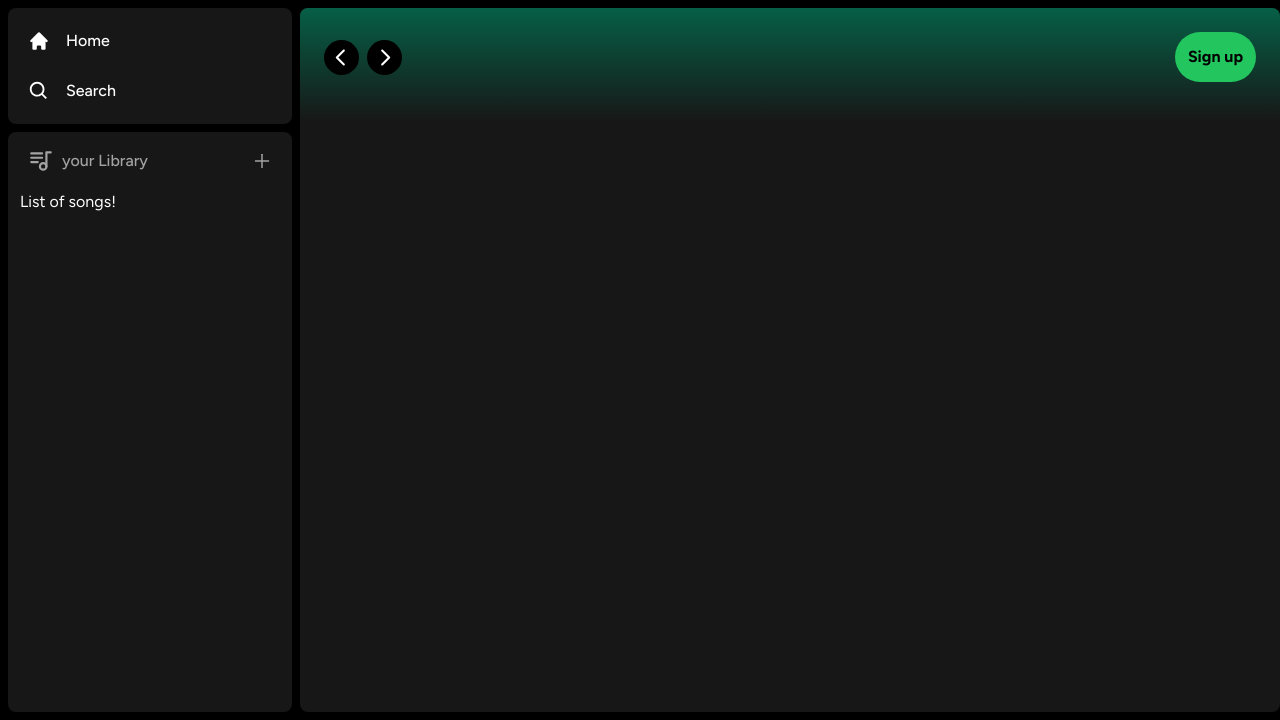
Repository: kjh4357/clone-spotify
Page: /
These files come from the project's save history. The page is drawn as it stood at one moment and after the next save; the edit follows.
The browser window is 1280 px wide. The pictures show the whole page.
The project was rebuilt for these pictures with package versions that can differ from the ones it lists, and the page was loaded fresh each time. The framework's server and built-in components were replaced by stand-ins that run in the browser. Also part of the build but not shown: next.config.mjs.

Above is the page before, as saved 2024-09-25 17:37:33.

### src/app/layout.tsx
import type { Metadata } from 'next';
import { Figtree } from 'next/font/google';
import './globals.css';
import Sidebar from '@/components/Sidebar';

const font = Figtree({ subsets: ['latin'] });

export const metadata: Metadata = {
  title: 'Spotify Clone',
  description: 'Listen to your favorite music',
};

export default function RootLayout({
  children,
}: Readonly<{
  children: React.ReactNode;
}>) {
  return (
    <html lang='en'>
      <body className={font.className}>
        <Sidebar>{children}</Sidebar>
      </body>
    </html>
  );
}

### src/app/(site)/page.tsx
import Header from '@/components/Header';

export default function Home() {
  return (
    <div className='bg-neutral-900 rounded-lg h-full w-full overflow-hidden overflow-y-auto'>
      <Header>Header</Header>
    </div>
  );
}

### src/components/Sidebar.tsx
'use client';

import { usePathname } from 'next/navigation';
import { useMemo } from 'react';
import { BiSearch } from 'react-icons/bi';
import { HiHome } from 'react-icons/hi';
import Box from './Box';
import SidebarItem from './SidebarItem';
import Library from './Library';

interface SidebarProps {
  children: React.ReactNode;
}
const Sidebar: React.FC<SidebarProps> = ({ children }) => {
  const pathname = usePathname();
  const routes = useMemo(
    () => [
      {
        icon: HiHome,
        label: 'Home',
        active: pathname !== '/search',
        href: '/',
      },
      {
        icon: BiSearch,
        label: 'Search',
        active: pathname !== '/search',
        href: '/search',
      },
    ],
    [pathname]
  );
  return (
    <div className='flex h-full'>
      <div className='hidden md:flex flex-col gap-y-2 bg-black w-[300px] p-2'>
        <Box classname=''>
          <div className='flex flex-col gap-y-4 px-5 py-4'>
            {routes.map((item) => (
              <SidebarItem key={item.label} {...item} />
            ))}
          </div>
        </Box>
        <Box classname='overflow-y-auto h-full'>
          <Library />
        </Box>
      </div>
      <main className='h-full flex-1 overflow-y-auto py-2'>{children}</main>
    </div>
  );
};

export default Sidebar;

### src/components/Header.tsx
'use client';

import { useRouter } from 'next/navigation';
import { BiSearch } from 'react-icons/bi';
import { HiHome } from 'react-icons/hi';
import { RxCaretLeft, RxCaretRight } from 'react-icons/rx';
import { twMerge } from 'tailwind-merge';
import Button from './Button';

interface HeaderProps {
  children: React.ReactNode;
  classname?: string;
}

const Header: React.FC<HeaderProps> = ({ children, classname }) => {
  const router = useRouter();

  const handleLogout = () => {};
  return (
    <header
      className={twMerge(
        `h-fit bg-gradient-to-b from-emerald-800 p-6`,
        classname
      )}
    >
      <div className='w-full mb-4 flex items-center justify-between'>
        <div className='hidden md:flex gap-x-2 items-center'>
          <button
            onClick={() => router.back()}
            className='rounded-full bg-black flex items-center justify-center hovre:opacity-75 transition'
          >
            <RxCaretLeft className='text-white' size={35} />
          </button>
          <button
            onClick={() => router.forward()}
            className='rounded-full bg-black flex items-center justify-center hovre:opacity-75 transition'
          >
            <RxCaretRight className='text-white' size={35} />
          </button>
        </div>
        <div className='flex md:hidden gap-x-2 items-center'>
          <button className='rounded-full p02 bg-white flex items-center justify-center hover:opacity-75 transition'>
            <HiHome className='text-black' size={20} />
          </button>
          <button className='rounded-full p02 bg-white flex items-center justify-center hover:opacity-75 transition'>
            <BiSearch className='text-black' size={20} />
          </button>
        </div>
        <div className='flex justify-between items-center gap-x-4'>
          <>
            <div>
              <Button>Sign up</Button>
            </div>
          </>
        </div>
      </div>
    </header>
  );
};

export default Header;

### src/components/Box.tsx
import { twMerge } from 'tailwind-merge';

interface BoxProps {
  children: React.ReactNode;
  classname: string;
}
const Box: React.FC<BoxProps> = ({ children, classname }) => {
  return (
    <div
      className={twMerge(`bg-neutral-900 rounded-lg h-fit w-full`, classname)}
    >
      {children}
    </div>
  );
};

export default Box;

### src/components/SidebarItem.tsx
import Link from 'next/link';
import { IconType } from 'react-icons';
import { twMerge } from 'tailwind-merge';

interface SidebarItemProps {
  icon: IconType;
  label: string;
  active: boolean;
  href: string;
}

const SidebarItem: React.FC<SidebarItemProps> = ({
  icon: Icon,
  label,
  active,
  href,
}) => {
  return (
    <Link
      href={href}
      className={twMerge(
        `flex flex-row h-auto items-center w-full gap-x-4 text-md font-medium cursor-pointer hover:text-white transition text-neutral-400 py-1`,
        active ? 'text-white' : 'text-white'
      )}
    >
      <Icon size={26} />
      <span className='truncate w-full'>{label}</span>
    </Link>
  );
};

export default SidebarItem;

### src/components/Library.tsx
'use client';

import { AiOutlinePlus } from 'react-icons/ai';
import { TbPlaylist } from 'react-icons/tb';

const Library: React.FC = () => {
  const onClick = () => {
    console.log('Create Playlist');
  };
  return (
    <div className='flex flex-col'>
      <div className='flex items-center justify-between px-5 pt-4'>
        <div className='inline-flex items-center gap-x-2'>
          <TbPlaylist className='text-neutral-400' size={26} />
          <p className='text-neutral-400 font-medium text-md'>your Library</p>
        </div>
        <AiOutlinePlus
          className='text-neutral-400 cursor-pointer hover:text-white transition'
          onClick={onClick}
          size={20}
        />
      </div>
      <div className='flex flex-col gap-y-2 mt-4 px-3'>List of songs!</div>
    </div>
  );
};

export default Library;

### src/components/Button.tsx
import { forwardRef } from 'react';
import { twMerge } from 'tailwind-merge';

interface ButtonProps extends React.ButtonHTMLAttributes<HTMLButtonElement> {}

const Button = forwardRef<HTMLButtonElement, ButtonProps>(
  ({ className, children, disabled, type = 'button', ...props }, ref) => {
    return (
      <button
        type={type}
        className={twMerge(
          `w-full rounded-full bg-green-500 border border-transparent px-3 py-3 disabled:cursor-not-allowed disabled:opacity-50 text-black font-bold hover:opacity-75 transition`,
          className
        )}
        disabled={disabled}
        ref={ref}
        {...props}
      >
        {children}
      </button>
    );
  }
);

Button.displayName = 'Button';

export default Button;

Loaded but not shown: src/app/globals.css (common file); tailwind.config.ts (common file)

After the next save:
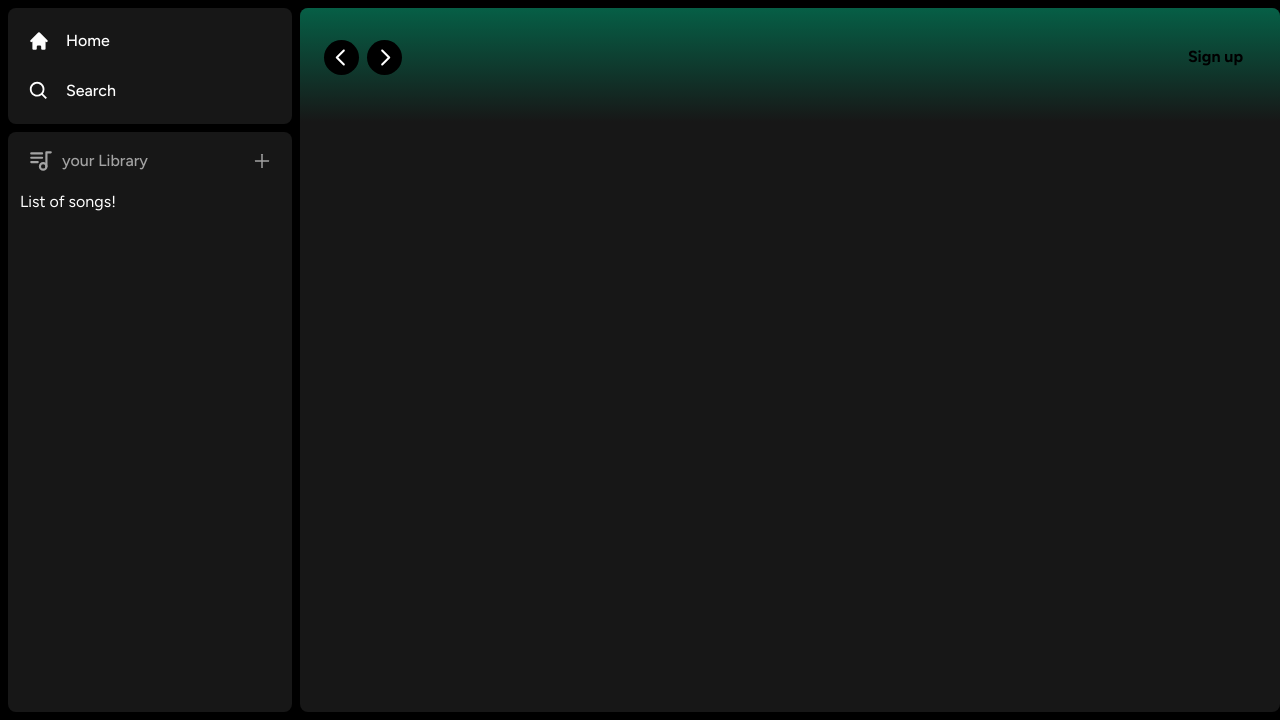
Saved 5 min 33 s later.
--- a/src/components/Header.tsx
+++ b/src/components/Header.tsx
@@ -49,7 +49,7 @@ const Header: React.FC<HeaderProps> = ({ children, classname }) => {
         <div className='flex justify-between items-center gap-x-4'>
           <>
             <div>
-              <Button>Sign up</Button>
+              <Button className='bg-transparent'>Sign up</Button>
             </div>
           </>
         </div>
